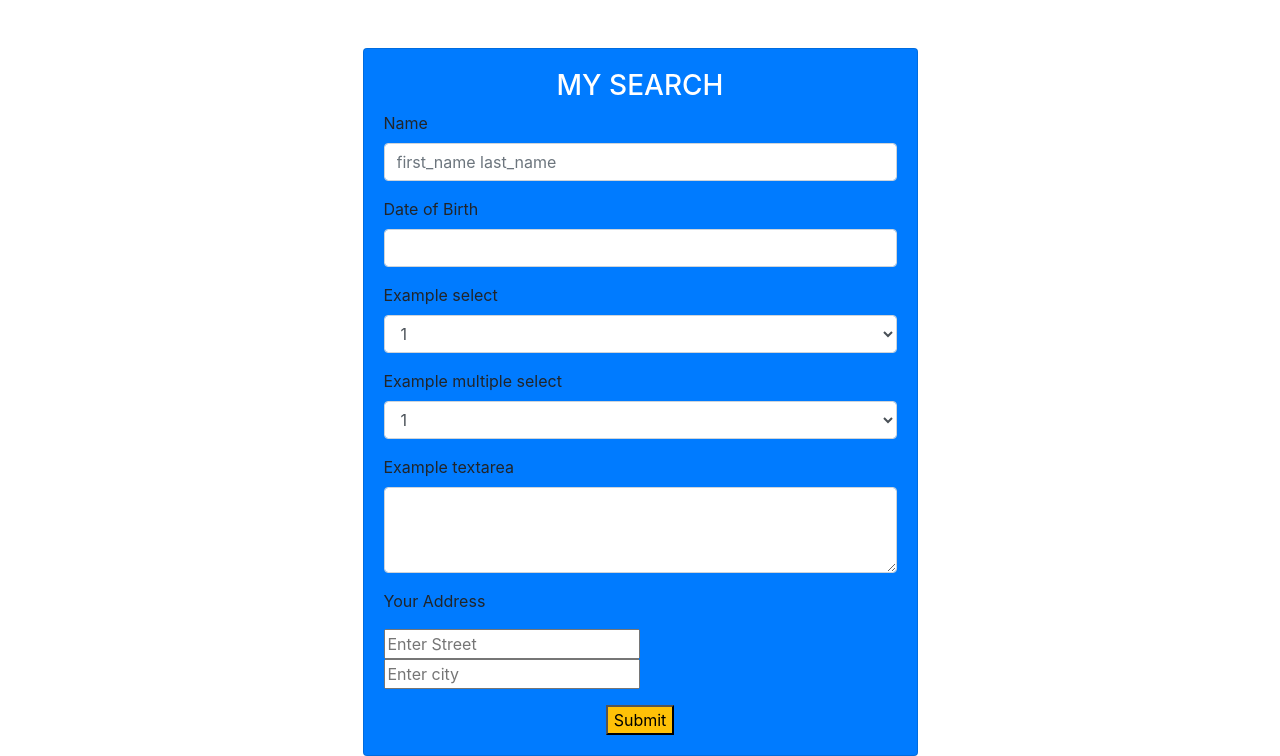
Repository: modinilesh/SpringMVC
Page: http://localhost/springmvcsearch/complex
The author's editor kept a copy of each file at every save. The page is drawn from the files as they stood at one save, then again after the next save.
The browser window is 1280 px wide. The pictures show the whole page.
Some web libraries are served in a nearby version. The page is served by Tomcat 9. Other server files are loaded and not shown.

Above is the page before, as saved 2023-10-20 18:00:26.

### springmvcsearch/src/main/webapp/WEB-INF/spring-servlet.xml
<?xml version="1.0" encoding="UTF-8"?>
<beans xmlns="http://www.springframework.org/schema/beans"
	xmlns:xsi="http://www.w3.org/2001/XMLSchema-instance"
	xmlns:context="http://www.springframework.org/schema/context"
	xmlns:p="http://www.springframework.org/schema/p"
	xmlns:tx="http://www.springframework.org/schema/tx"
	xsi:schemaLocation="http://www.springframework.org/schema/beans
		http://www.springframework.org/schema/beans/spring-beans.xsd
		http://www.springframework.org/schema/context
		http://www.springframework.org/schema/context/spring-context.xsd
		http://www.springframework.org/schema/mvc
        http://www.springframework.org/schema/mvc/spring-mvc.xsd
        http://www.springframework.org/schema/tx
        http://www.springframework.org/schema/tx/spring-tx.xsd">


	<context:component-scan base-package="springmvcsearch" /> <!--it will activate all annotations used in each packages starting with
		springmvcsearch name -->

	<!--Step-3 : Configuring view Resolver -->

	<bean
		class="org.springframework.web.servlet.view.InternalResourceViewResolver"
		name="viewResolver">
		<property name="prefix" value="/WEB-INF/views/" />
		<property name="suffix" value=".jsp" />
	</bean>


</beans>

### springmvcsearch/src/main/webapp/WEB-INF/views/complex_form.jsp
<!doctype html>
<html lang="en">
<head>
<!-- Required meta tags -->
<meta charset="utf-8">
<meta name="viewport"
	content="width=device-width, initial-scale=1, shrink-to-fit=no">

<!-- Bootstrap CSS -->
<link rel="stylesheet"
	href="https://cdn.jsdelivr.net/npm/bootstrap@4.0.0/dist/css/bootstrap.min.css"
	integrity="sha384-Gn5384xqQ1aoWXA+058RXPxPg6fy4IWvTNh0E263XmFcJlSAwiGgFAW/dAiS6JXm"
	crossorigin="anonymous">

<title>Complex Form</title>
</head>
<body>

	<div class="container">

		<div class="card mx-auto mt-5 bg-primary" style="width: 50%">

			<div class="card-body">

				<h3 class="text-center text-white" style="text-transform: uppercase">My
					Search</h3>

				<form action="success" method="post">
					<div class="form-group">
						<label for="exampleFormControlInput1">Name</label> <input
							type="text" class="form-control" id="exampleFormControlInput1"
							placeholder="first_name last_name" name="name">
					</div>

					<div class="form-group">
						<label for="dob">Date of Birth</label> <input type="text"
							name="date" class="form-control" id="dob" />
					</div>

					<div class="form-group">
						<label for="exampleFormControlSelect1">Example select</label> <select
							class="form-control" id="exampleFormControlSelect1"
							name="singleValue">
							<option>1</option>
							<option>2</option>
							<option>3</option>
							<option>4</option>
							<option>5</option>
						</select>
					</div>
					<div class="form-group">
						<label for="exampleFormControlSelect2">Example multiple
							select</label> <select class="form-control"
							id="exampleFormControlSelect2" name="multiValue">
							<option>1</option>
							<option>2</option>
							<option>3</option>
							<option>4</option>
							<option>5</option>
						</select>
					</div>
					<div class="form-group">
						<label for="exampleFormControlTextarea1">Example textarea</label>
						<textarea class="form-control" id="exampleFormControlTextarea1"
							rows="3" name="text"></textarea>
					</div>

					<div class="form-group">
						<p>Your Address</p>

						<div class="card-group">
							<input name="street" placeholder="Enter Street" />
						</div>

						<div class="card-group">
							<input name="city" placeholder="Enter city" />
						</div>

					</div>

					<div class="container text-center">
						<button class="bg-warning" type="submit" name="submit" id="submit">Submit</button>
					</div>

				</form>

			</div>

		</div>

	</div>





	<!-- Optional JavaScript -->
	<!-- jQuery first, then Popper.js, then Bootstrap JS -->
	<script src="https://code.jquery.com/jquery-3.2.1.slim.min.js"
		integrity="sha384-KJ3o2DKtIkvYIK3UENzmM7KCkRr/rE9/Qpg6aAZGJwFDMVNA/GpGFF93hXpG5KkN"
		crossorigin="anonymous"></script>
	<script
		src="https://cdn.jsdelivr.net/npm/popper.js@1.12.9/dist/umd/popper.min.js"
		integrity="sha384-ApNbgh9B+Y1QKtv3Rn7W3mgPxhU9K/ScQsAP7hUibX39j7fakFPskvXusvfa0b4Q"
		crossorigin="anonymous"></script>
	<script
		src="https://cdn.jsdelivr.net/npm/bootstrap@4.0.0/dist/js/bootstrap.min.js"
		integrity="sha384-JZR6Spejh4U02d8jOt6vLEHfe/JQGiRRSQQxSfFWpi1MquVdAyjUar5+76PVCmYl"
		crossorigin="anonymous"></script>
</body>
</html>

### springmvcsearch/src/main/java/springmvcsearch/ComplexFormController.java
package springmvcsearch;

import org.springframework.stereotype.Controller;
import org.springframework.web.bind.annotation.ModelAttribute;
import org.springframework.web.bind.annotation.RequestMapping;
import org.springframework.web.bind.annotation.RequestMethod;

import springmvcsearch.objecthandler.Student;

@Controller
public class ComplexFormController {

	@RequestMapping("/complex")
	public String showForm() {
		return "complex_form";
	}

	@RequestMapping(path = "/success", method = RequestMethod.POST )
	public String handleForm(@ModelAttribute Student student) {
		System.out.println(student);
		return "success";
	}

}

### springmvcsearch/src/main/java/springmvcsearch/SearchController.java
package springmvcsearch;

import org.springframework.stereotype.Controller;
import org.springframework.web.bind.annotation.RequestMapping;
import org.springframework.web.bind.annotation.RequestParam;
import org.springframework.web.servlet.view.RedirectView;

@Controller
public class SearchController {

	@RequestMapping("/home")
	public String home() {
		return "home";
	}

	@RequestMapping("/search")
	public RedirectView search(@RequestParam("querybox") String query) {
		String url = "https://www.google.com/search?q="+query;
		RedirectView redirectView = new RedirectView();
		redirectView.setUrl(url);
		return redirectView;
	}

}

### springmvcsearch/src/main/java/springmvcsearch/objecthandler/Student.java
package springmvcsearch.objecthandler;

import java.util.Date;
import java.util.List;

import org.springframework.format.annotation.DateTimeFormat;

public class Student {

	private String name;
	@DateTimeFormat
	private Date date;
	private int singleValue;
	private List<Integer> multiValue;
	private String text;
	private Address address;



	public String getName() {
		return name;
	}
	public void setName(String name) {
		this.name = name;
	}
	public Date getDate() {
		return date;
	}
	public void setDate(Date date) {
		this.date = date;
	}
	public int getSingleValue() {
		return singleValue;
	}
	public void setSingleValue(int singleValue) {
		this.singleValue = singleValue;
	}
	public List<Integer> getMultiValue() {
		return multiValue;
	}
	public void setMultiValue(List<Integer> multiValue) {
		this.multiValue = multiValue;
	}
	public String getText() {
		return text;
	}
	public void setText(String text) {
		this.text = text;
	}
	public Address getAddress() {
		return address;
	}
	public void setAddress(Address address) {
		this.address = address;
	}
	@Override
	public String toString() {
		return "Student [name=" + name + ", date=" + date + ", singleValue=" + singleValue + ", multiValue="
				+ multiValue + ", text=" + text + ", address=" + address + "]";
	}





}

After the next save:
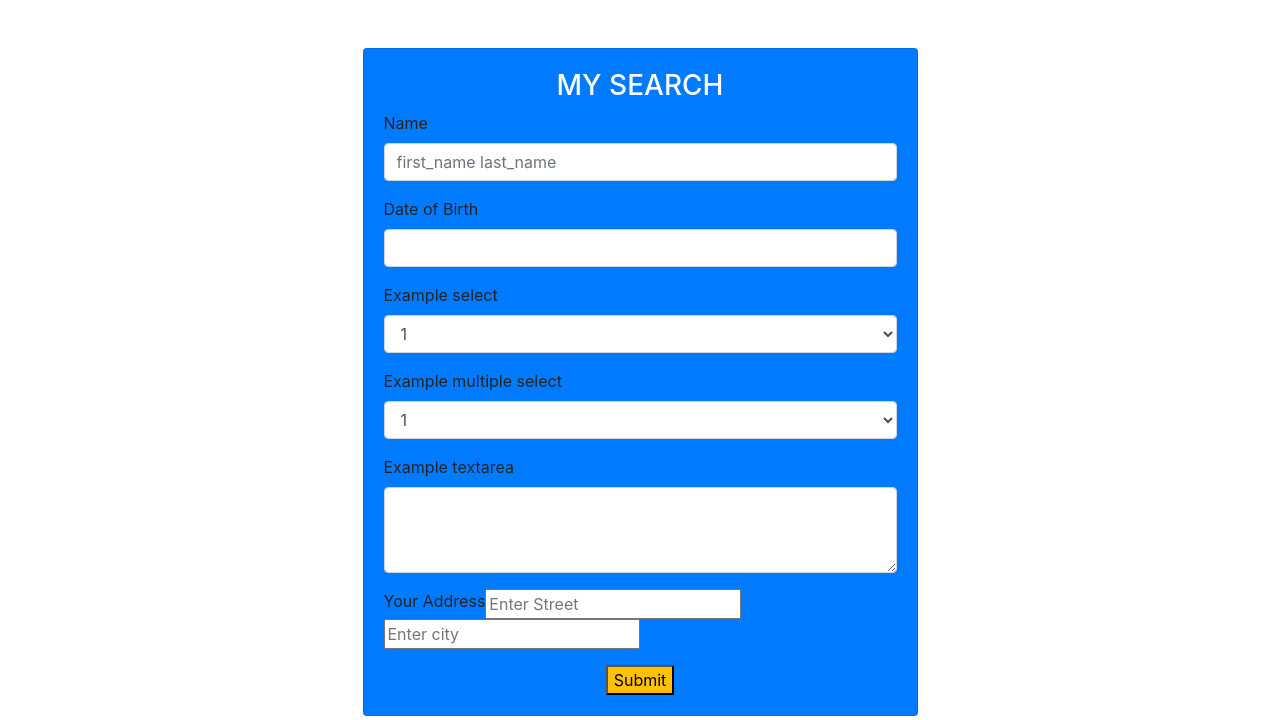
Saved 2 min 29 s later.
--- a/springmvcsearch/src/main/webapp/WEB-INF/views/complex_form.jsp
+++ b/springmvcsearch/src/main/webapp/WEB-INF/views/complex_form.jsp
@@ -66,7 +66,7 @@
 					</div>
 
 					<div class="form-group">
-						<p>Your Address</p>
+						<p- class="card-group">Your Address</p>
 
 						<div class="card-group">
 							<input name="street" placeholder="Enter Street" />

After the save that followed:
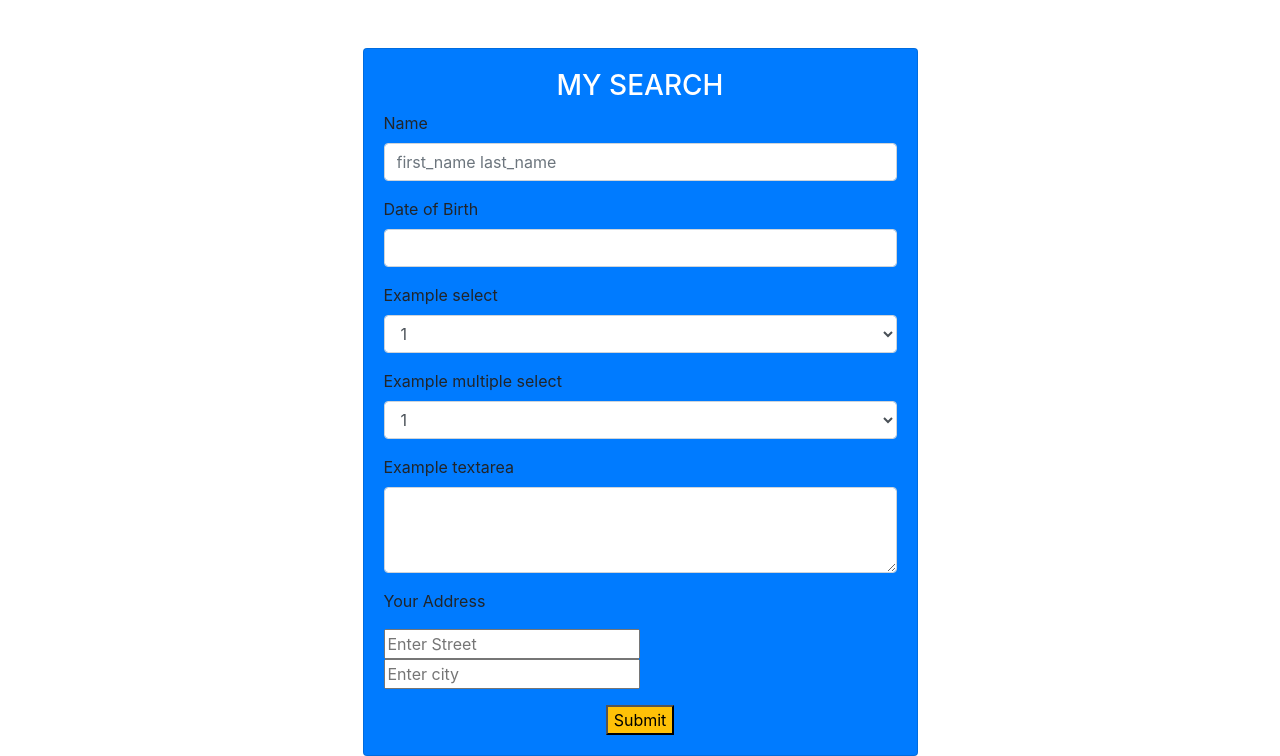
Saved 9 s later.
--- a/springmvcsearch/src/main/webapp/WEB-INF/views/complex_form.jsp
+++ b/springmvcsearch/src/main/webapp/WEB-INF/views/complex_form.jsp
@@ -66,7 +66,7 @@
 					</div>
 
 					<div class="form-group">
-						<p- class="card-group">Your Address</p>
+						<p class="card-group">Your Address</p>
 
 						<div class="card-group">
 							<input name="street" placeholder="Enter Street" />
